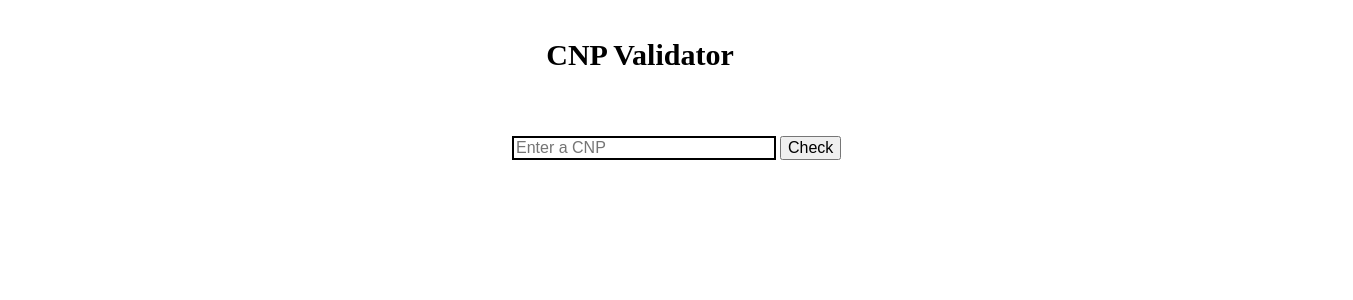
Repository: sabinaPetrisor/CNP_Validator_Project
Page: http://localhost/CNPValidatorProject/
These files come from the project's save history. The page is drawn as it stood at one moment and after the next save; the edit follows.
The browser window is 1280 px wide. The page is 1280 px wide, then 1353 px, then 1280 px, so the pictures cover 1353 px, including what lies to the right of the window. The pictures show the whole page.
Some web libraries are served in a nearby version. The page is served by Tomcat 9.

Above is the page before, as saved 2023-07-11 13:53:13.

After the next save:
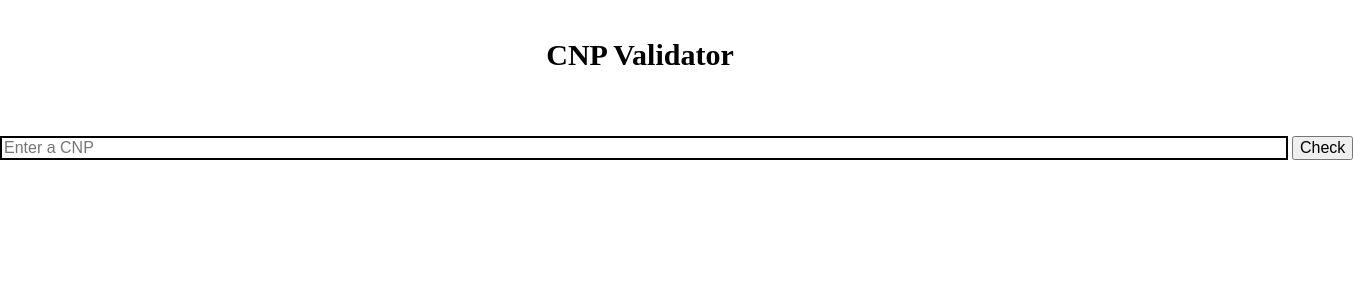
Saved 85 min 28 s later.
--- a/CNPValidatorProject/src/main/webapp/index.jsp
+++ b/CNPValidatorProject/src/main/webapp/index.jsp
@@ -12,7 +12,7 @@
 <body>
 	<p class="page-title">CNP Validator</p>
 	<div class="container">
-		<form action="validator" class="form" method="post">
+		<form action="validator" class="validation-form" method="post">
 			<input type="text" placeholder="Enter a CNP" class="insert-text" id="cnp" name="cnp">
 			<input type="submit" value="Check" class="form-button" id="check-button">
 		</form>

After the save that followed:
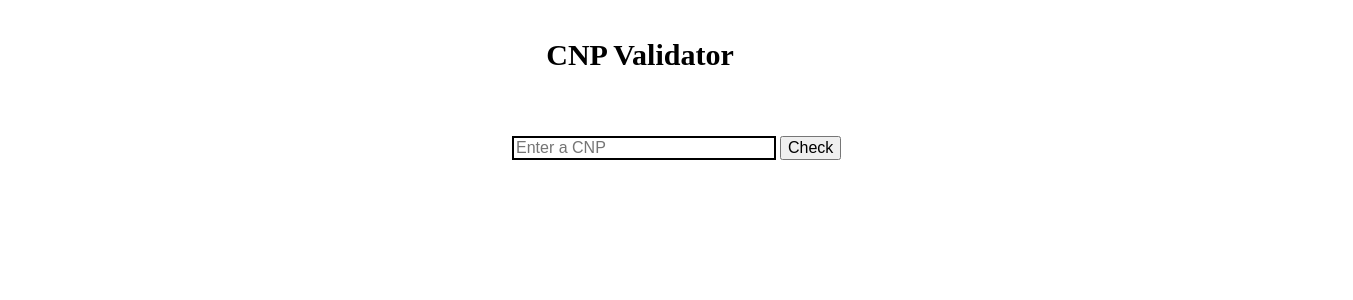
Saved 14 s later.
--- a/CNPValidatorProject/src/main/webapp/css/index.css
+++ b/CNPValidatorProject/src/main/webapp/css/index.css
@@ -21,7 +21,7 @@
 	margin-top: 5%;
 }
 
-.form{
+.validation-form{
 	width: 20%;
 }
 
